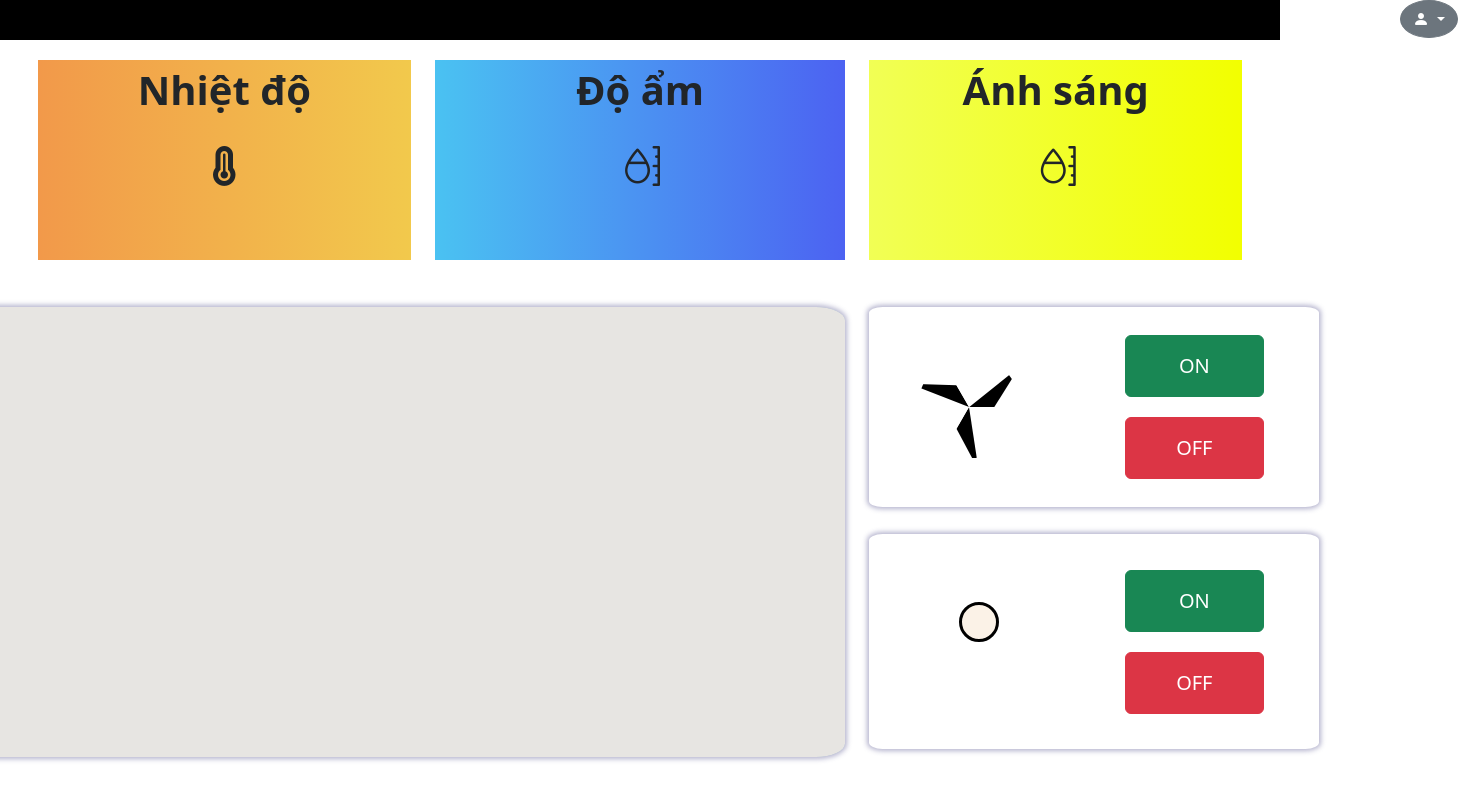
Repository: ndmq03102002/BTL_IOT
Page: Fontend_IOT/iot/index.html
The author's editor kept a copy of each file at every save. The page is drawn from the files as they stood at one save, then again after the next save.
The browser window is 1280 px wide. The page is 1458 px wide, so the pictures cover 1458 px, including what lies to the right of the window. The pictures show the whole page.
Some web libraries are served in a nearby version.

Above is the page before, as saved 2023-09-07 08:21:01.
Console error: SyntaxError: Identifier 'Listbox' has already been declared

### Fontend_IOT/iot/index.html
<!DOCTYPE html>
<html lang="en">
<head>
    <meta charset="UTF-8">
    <meta name="viewport" content="width=device-width, initial-scale=1.0">
    <title>Document</title>
    <script src="./js.js"></script>
    <link rel="stylesheet" href="style.css">
    <link rel="stylesheet" href="bootstrap/css/bootstrap.css">
    <link rel="stylesheet" href="assets/fonts/fontawesome/css/fontawesome-all.min.css">
    <script src="https://cdnjs.cloudflare.com/ajax/libs/Chart.js/2.9.4/Chart.js"></script>
    <script src="https://kit.fontawesome.com/1be2f108e2.js" crossorigin="anonymous"></script>
    <link rel="stylesheet" href="https://cdn.jsdelivr.net/npm/bootstrap-icons@1.10.5/font/bootstrap-icons.css">
    <link rel="stylesheet" href="https://cdnjs.cloudflare.com/ajax/libs/font-awesome/6.0.0/css/all.min.css" integrity="sha512-9usAa10IRO0HhonpyAIVpjrylPvoDwiPUiKdWk5t3PyolY1cOd4DSE0Ga+ri4AuTroPR5aQvXU9xC6qOPnzFeg==" crossorigin="anonymous" referrerpolicy="no-referrer" />

</head>
<body>
    <header style="width: 100%; height: 40px; margin :auto;background-color:#000000">
                <div class="col-sm-12">
                    <div class="btn-group" style=" margin-left: 1300px;  ">
                        <a class="btn btn-secondary dropdown-toggle" style="border-radius: 50%;display: block; margin-left: 100px;" href="#" role="button" data-bs-toggle="dropdown" aria-expanded="false">
                            <i class="bi bi-person-fill"></i>
                          </a>
                        <ul class="dropdown-menu">
                            <li><a href="javascript:" class="dropdown-item"><i class="bi bi-person"></i> MSV: B20DCCN567</a></li>
                            <li><a href="javascript:" class="dropdown-item"><i class="bi bi-phone"></i> Phone: 0961264306</a></li>
                            <li><a href="message.html" class="dropdown-item"><i class="bi bi-envelope"></i> Email: Nguyendinhmanhquynh@gmail.com</a></li>

                        </ul>
                      </div>
    </header>
     <div  style="background-color:white;height:700px; margin-bottom: 50px;">
        <div class="row">
            <div  class="col-sm-4 col-pd"style="padding-left: 50px;" >
                <div class="khoi1 khoi-size">
                        <p >Nhiệt độ</p>
                        <p style="display: inline; " class="count1"></p>
                        <span><i class='fa-solid fa-temperature-full'></i></span>

                </div>
            </div>
            <div class="col-sm-4 col-pd">
                <div class="khoi2 khoi-size">
                    <p> Độ ẩm</p>
                    <p style="display: inline;" class="count2"></p>
                    <span> <i class="bi bi-moisture"></i></span>
                </div>
            </div>
            <div class="col-sm-4 col-pd" style="padding-right: 50px;">
                <div class="khoi3 khoi-size">
                    <p>Ánh sáng</p>
                    <p style="display: inline;" class="count3"></p>
                    <span> <i class="bi bi-moisture"></i></span>
                </div>
            </div>
            <div class="col-sm-8 " >
                <div class="khoi" style="height: 450px;width: 970px; float:right">
                    <canvas id="myChart" style="border-radius: 3%; width:100%;height: 100%;background-color: rgb(231, 229, 226);"></canvas>
                </div>

            </div>
            <div class="col-sm-4 ">
                <div class="khoi" style=" background-color: white; height: 200px; width: 450px; float: left; display: flex; justify-content: center; align-items: center;">
                    <div class="fan">
                        <div class="blade blade-1"></div>
                        <div class="blade blade-2"></div>
                        <div class="blade blade-3"></div>
                        <div class="stand"></div>
                    </div>
                    <div class="button" style="margin: auto;">
                        <button class="btn btn-success " onclick="OnFan()" style="--bs-btn-padding-y: 15px; --bs-btn-padding-x: 50px; --bs-btn-font-size: 20px; ">ON</button>
                         <button class="btn btn-danger " onclick="OffFan()" style="margin-top: 20px; --bs-btn-padding-y: 15px; --bs-btn-padding-x: 50px; --bs-btn-font-size: 20px;">OFF</button>

                    </div>

                </div>
                <div class="khoi " style="background-color: white; margin-bottom: 20px; height: 215px; width: 450px; float: left; display: flex; justify-content: center; align-items: center;">
                    <div class="light" >
                        <div class="light-bulb" > </div>
                    </div>
                    <div class="button"  style="margin: auto;">
                        <button class="btn btn-success " onclick="OnLight()" style="--bs-btn-padding-y: 15px; --bs-btn-padding-x: 50px; --bs-btn-font-size: 20px; ">ON</button>
                         <button class="btn btn-danger " onclick="OffLight()" style="margin-top: 20px; --bs-btn-padding-y: 15px; --bs-btn-padding-x: 50px; --bs-btn-font-size: 20px;">OFF</button>

                    </div>

                </div>
            </div>
        </div>
    </div>
    <p>

    <script>



    </script>
    <script src="https://cdn.jsdelivr.net/npm/axios/dist/axios.min.js"></script>

       <script src="js.js"></script>
    <script src="jquery.js"></script>
    <script src="popper.min.js"></script>
    <script src="bootstrap/js/bootstrap.min.js"></script>
</body>
</html>

### Fontend_IOT/iot/js.js
let Listbox = document.querySelectorAll(".khoi-size");
let box1 = Listbox[0];
let box2 = Listbox[1];
let box3 = Listbox[2];
// let arrayP = box.getElementsByTagName("p");
// console.log(arrayP[1].innerText);

let countTemp = document.getElementsByClassName(".count1").innerText;
let countHum = document.getElementsByClassName(".count2").innerText;
let countLight = document.getElementsByClassName(".count3").innerText;

let count = 0;

function changeTemp() {
  if (countTemp <= 10) {
    box1.style.backgroundColor = "#9fb4d0";
  } else if (countTemp <= 25) {
    box1.style.backgroundColor = "#3fc848";
  } else if (countTemp <= 35) {
    box1.style.backgroundColor = "#c8b83f";
  } else {
    box1.style.backgroundColor = "#c83f3f";
  }
  if (countTemp > 50) {
    box1.style.backgroundColor = "#fd0606";
  }
}
function changeHum() {
  if (countHum <= 10) {
    box2.style.backgroundColor = "#9fb4d0";
  } else if (countHum <= 25) {
    box2.style.backgroundColor = "#3fc848";
  } else if (countHum <= 35) {
    box2.style.backgroundColor = "#c8b83f";
  } else {
    box2.style.backgroundColor = "#c83f3f";
  }
  if (countHum > 50) {
    box2.style.backgroundColor = "#fd0606";
  }
}
function changeLight() {
  if (countLight <= 10) {
    box3.style.backgroundColor = "#9fb4d0";
  } else if (countLight <= 25) {
    box3.style.backgroundColor = "#3fc848";
  } else if (countLight <= 35) {
    box3.style.backgroundColor = "#c8b83f";
  } else {
    box3.style.backgroundColor = "#c83f3f";
  }
  if (countLight > 50) {
    box3.style.backgroundColor = "#fd0606";
  }
}
function getTempAllData() {
  fetch("http://localhost:8080/Iot/getAllData")
    .then(function (response) {
      return response.json();
    })
    .then(function (posts) {
      const temp = [];
      const hum = [];
      const light = [];
      for (let key of posts) {
        temp.push(key.temperature);
        hum.push(key.humidity);
        light.push(key.light);
      }
      // hiển thị nhiệt độ
      countTemp = document.querySelector(".count1").innerText =
        temp[temp.length - 1];
      countHum = document.querySelector(".count2").innerText =
        hum[hum.length - 1];
      countLight = document.querySelector(".count3").innerText =
        light[light.length - 1];
      console.log("hello");
      changeTemp();
      changeHum();
      changeLight();
      //hiển thị đồ thị
      const xValues = [1, 5, 10, 15, 20, 25, 30, 35, 40, 45];
      type: "line",
        new Chart("myChart", {
          type: "line",
          data: {
            labels: xValues,
            datasets: [
              {
                data: temp,
                borderColor: "red",
                fill: false,
              },
              {
                data: hum,
                borderColor: "green",
                fill: false,
              },
              {
                data: light,
                borderColor: "blue",
                fill: false,
              },
            ],
          },
          options: {
            legend: { display: false },
            scales: {
              yAxes: [
                {
                  ticks: {
                    min: 1, // Giá trị tối thiểu trên trục tung
                    max: 100, // Giá trị tối đa trên trục tung
                    stepSize: 5, // Bước giữa các giá trị
                  },
                },
              ],
            },
          },
        });
    })
    .catch(function (err) {
      console.log(err);
    });
}
function OnFan() {
  const blade1 = (document.querySelector(".blade-1").style.animation =
    "rotateFan1 1s linear infinite");
  const blade2 = (document.querySelector(".blade-2").style.animation =
    "rotateFan2 1s linear infinite");
  const blade3 = (document.querySelector(".blade-3").style.animation =
    "rotateFan3 1s linear infinite");
}
function OffFan() {
  const blade1 = document
    .querySelector(".blade-1")
    .style.removeProperty("animation");
  const blade2 = document
    .querySelector(".blade-2")
    .style.removeProperty("animation");
  const blade3 = document
    .querySelector(".blade-3")
    .style.removeProperty("animation");
}
function OnLight() {
  const light = (document.querySelector(".light-bulb").style.animation =
    "bulbLight 1s linear forwards");
}
function OffLight() {
  const light = document
    .querySelector(".light-bulb")
    .style.removeProperty("animation");
}

### Fontend_IOT/iot/style.css
html {
  margin: 0;
  padding: 0;
}

.khoi {
  width: 100%;
  height: 200px;
  margin-right: 0px;
  margin-bottom: 27px;
  background-color: #9fb4d0;

  box-shadow: 0px 0px 5px 2px rgba(97, 95, 151, 0.47);
  border-radius: 3%;
}
.khoi1 {
  width: 100%;
  height: 200px;
  margin-right: 0px;
  margin-bottom: 27px;
  background: linear-gradient(to right, #f2994a, #f2c94c);
}
.khoi2 {
  width: 100%;
  height: 200px;
  margin-right: 0px;
  margin-bottom: 27px;
  background: linear-gradient(to right, #4ac2f2, #4c62f2);
}
.khoi3 {
  width: 100%;
  height: 200px;
  margin-right: 0px;
  margin-bottom: 27px;
  background: linear-gradient(to right, #f1ff55, #f2ff00);
}
.khoii {
  width: 100%;
  height: 500px;
  background-color: black;
}
.abc {
  margin-bottom: 30px;
}
.col-pd {
  padding: 20px;
}
.khoi-size {
  font-size: 40px;
  font-weight: bold;
  text-align: center;
}
.fan {
  width: 200px;
  height: 200px;
  position: relative;
}

.blade {
  width: 0;
  height: 0;
  position: absolute;
  top: 30%;
  left: 50%;
  transform-origin: 0 50%;
  background-color: #000000;
  border-radius: 50%;
}

.blade-1 {
  width: 50px;
  height: 80px;
  clip-path: polygon(0 50%, 100% 0, 50% 50%);
  transform: rotate(0deg);
  /* animation: rotateFan1 1s linear infinite; */
}

.blade-2 {
  width: 50px;
  height: 80px;
  clip-path: polygon(0 50%, 100% 0, 50% 50%);
  transform: rotate(120deg);
  /* animation: rotateFan2 1s linear infinite; */
}

.blade-3 {
  width: 50px;
  height: 80px;
  clip-path: polygon(0 50%, 100% 0, 50% 50%);
  transform: rotate(240deg);
  /* animation: rotateFan3 1s linear infinite; */
}

@keyframes rotateFan2 {
  to {
    transform: rotate(480deg);
  }
}
@keyframes rotateFan1 {
  to {
    transform: rotate(360deg);
  }
}
@keyframes rotateFan3 {
  to {
    transform: rotate(600deg);
  }
}
.button {
  display: flex;
  flex-direction: column;
  justify-content: space-between;
}
.light {
  width: 200px;
  height: 200px;
}

.light-bulb {
  width: 40px;
  height: 40px;
  background-color: rgb(251 242 231);
  border: 3px solid #000;
  border-radius: 50%;
  position: relative;
  left: 90px;
  top: 60px;
}
@keyframes bulbLight {
  to {
    border: 5px solid transparent;
    box-shadow: 0 0 30px 50px rgba(206, 206, 67, 0.912);
  }
}

Loaded but not shown: Fontend_IOT/iot/bootstrap/css/bootstrap.css (library); Fontend_IOT/iot/jquery.js (library); Fontend_IOT/iot/popper.min.js (library); Fontend_IOT/iot/bootstrap/js/bootstrap.min.js (library)

After the next save:
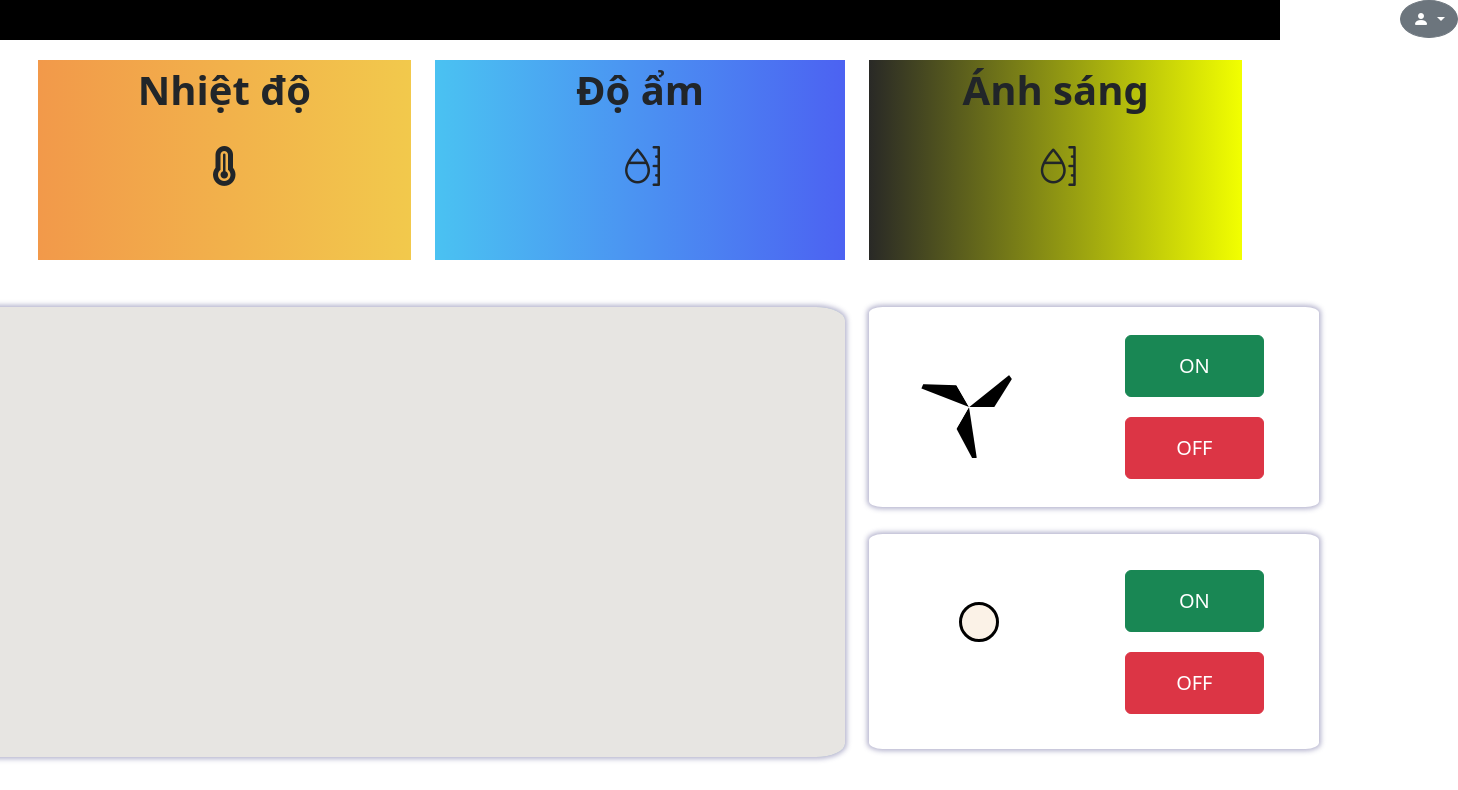
Saved 18 s later.
--- a/Fontend_IOT/iot/style.css
+++ b/Fontend_IOT/iot/style.css
@@ -32,7 +32,7 @@ html {
   height: 200px;
   margin-right: 0px;
   margin-bottom: 27px;
-  background: linear-gradient(to right, #f1ff55, #f2ff00);
+  background: linear-gradient(to right, #292926, #f2ff00);
 }
 .khoii {
   width: 100%;
